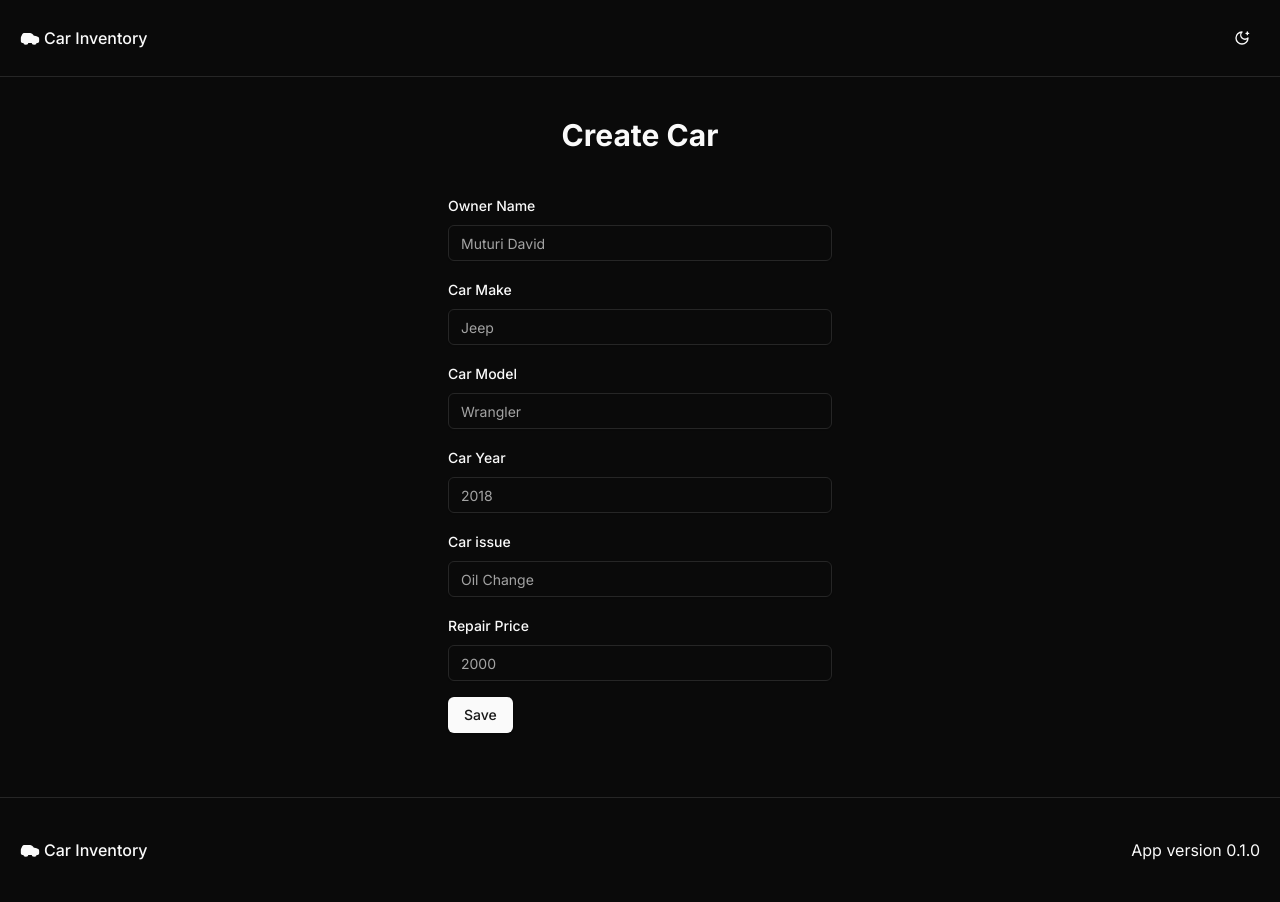
Repository: tushcmd/car-inventory
Page: /create (app in frontend/)
The author's editor kept a copy of each file at every save. The page is drawn from the files as they stood at one save, then again after the next save.
The browser window is 1280 px wide. The pictures show the whole page.
The project was rebuilt for these pictures with package versions that can differ from the ones it lists, and the page was loaded fresh each time. The framework's server and built-in components were replaced by stand-ins that run in the browser. Also part of the build but not shown: frontend/next.config.mjs.

Above is the page before, as saved 2024-05-26 00:12:31.

### frontend/app/layout.tsx
import type { Metadata } from "next";
import { Inter } from "next/font/google";
import "./globals.css";
import AppProviders from "@/components/providers/AppProviders";
import Navbar from '@/components/shared/Navbar';
import Footer from "@/components/shared/Footer";
import { Toaster } from "@/components/ui/toaster";

const inter = Inter({ subsets: ["latin"] });

export const metadata: Metadata = {
  title: "Car Garage Inventory",
  description: "Nextjs Shadcnui Nodejs Express and MongoDB CRUD",
};

export default function RootLayout({
  children,
}: Readonly<{
  children: React.ReactNode;
}>) {
  return (
    <html lang="en" suppressHydrationWarning>
      <body className={inter.className}>
        <AppProviders>
          <Navbar />
          {children}
          <Footer />
          <Toaster />
        </AppProviders>
      </body>
    </html>
  );
}

### frontend/app/create/page.tsx
import CreateCar from "@/components/create-car";


export default function Create() {
    return (
        <div className="create-edit-page-container min-h-screen">
            {/*<h2 className="pb-4">Create</h2>*/}
            <CreateCar />
        </div>
    )
}

### frontend/components/providers/AppProviders.tsx
'use client';

import { ThemeProvider } from 'next-themes';
import { FC, ReactNode } from 'react';

interface AppProvidersProps {
  children: ReactNode;
}


const AppProviders: FC<AppProvidersProps> = ({ children }) => {
  return (
    <>
      <ThemeProvider attribute="class" disableTransitionOnChange defaultTheme="dark" enableSystem>
        {children}

      </ThemeProvider>
    </>
  );
};

export default AppProviders;

### frontend/components/shared/Navbar.tsx
import React, { FC } from 'react';
import ThemeSwitcherButton from '../ui/ThemeSwitcher';
import Logo from './Logo';

const Navbar: FC = () => {
  return (
    <nav className="border-b py-5">
      <div className="layout-container flex justify-between items-center max-w-7xl">
        <Logo />
        <ThemeSwitcherButton />
      </div>
    </nav>
  );
};

export default Navbar;

### frontend/components/shared/Footer.tsx
import React, { FC } from 'react'
import Logo from './Logo'

const Footer: FC = () => {
  return (
    <footer className='border-t'>
        <div className='layout-container flex flex-row gap-5 items-center  justify-between py-10'>
            <Logo />
            <p>App version 0.1.0</p>
        </div>

    </footer>
  )
}

export default Footer

{/*

<div className="inline-flex p-6 max-w-3xl gap-3 items-center text-center">
            <div>
                <Link
                    href="https://github.com/tushcmd/next-puns-ai"
                    target="_blank"
                    rel="noreferrer"
                    className="text-gray-500 hover:text-gray-900 dark:text-gray-400 dark:hover:text-gray-200"
                >
                    <svg xmlns="http://www.w3.org/2000/svg" width="24" height="24" viewBox="0 0 24 24" fill="none" stroke="currentColor" stroke-width="2" stroke-linecap="round" stroke-linejoin="round" className="lucide lucide-github"><path d="M15 22v-4a4.8 4.8 0 0 0-1-3.5c3 0 6-2 6-5.5.08-1.25-.27-2.48-1-3.5.28-1.15.28-2.35 0-3.5 0 0-1 0-3 1.5-2.64-.5-5.36-.5-8 0C6 2 5 2 5 2c-.3 1.15-.3 2.35 0 3.5A5.403 5.403 0 0 0 4 9c0 3.5 3 5.5 6 5.5-.39.49-.68 1.05-.85 1.65-.17.6-.22 1.23-.15 1.85v4" /><path d="M9 18c-4.51 2-5-2-7-2" /></svg>
                </Link>
            </div>
            <Link
                className="pointer-events-none flex place-items-center gap-2 px-8 lg:pointer-events-auto lg:p-0"
                href="https://tushdev.co/"
                target="_blank"
                rel="noopener noreferrer"
            >
                By{" "}
                <p>@tush</p>
            </Link>

        </div>

        */}

### frontend/components/ui/toaster.tsx
"use client"

import {
  Toast,
  ToastClose,
  ToastDescription,
  ToastProvider,
  ToastTitle,
  ToastViewport,
} from "@/components/ui/toast"
import { useToast } from "@/components/ui/use-toast"

export function Toaster() {
  const { toasts } = useToast()

  return (
    <ToastProvider>
      {toasts.map(function ({ id, title, description, action, ...props }) {
        return (
          <Toast key={id} {...props}>
            <div className="grid gap-1">
              {title && <ToastTitle>{title}</ToastTitle>}
              {description && (
                <ToastDescription>{description}</ToastDescription>
              )}
            </div>
            {action}
            <ToastClose />
          </Toast>
        )
      })}
      <ToastViewport />
    </ToastProvider>
  )
}

### frontend/components/ui/ThemeSwitcher.tsx
"use client";

import { useTheme } from "next-themes";
import React, { FC, useEffect, useState } from "react";
import { SunIcon,  Laptop, MoonStarIcon } from "lucide-react";
import {
	DropdownMenu,
	DropdownMenuContent,
	DropdownMenuItem,
	DropdownMenuTrigger,
} from "./dropdown-menu";
import { Button } from "./button";

const themes = [
	{
		value: "light",
		label: "Light",
		icon: SunIcon,
	},
	{
		value: "dark",
		label: "Dark",
		icon: MoonStarIcon,
	},
	{
		value: "system",
		label: "System",
		icon: Laptop,
	},
];

const ThemeSwitcher: FC = () => {
  const [mounted, setMounted] = useState(false)
	const { theme, setTheme } = useTheme();
	const currentTheme = themes.find((t) => t.value === theme);
	const ThemeIcon = currentTheme?.icon

  useEffect(() => {
    setMounted(true)
  }, [])

	return mounted && (
		<div className="flex">
			<DropdownMenu  >
				<DropdownMenuTrigger asChild>
					<Button variant="ghost" size={"icon"}>{!!ThemeIcon && <ThemeIcon className="w-4 h-4"/>}</Button>
				</DropdownMenuTrigger>
				<DropdownMenuContent>
					{themes.map(({value, label}) => <DropdownMenuItem role="button" onClick={() => setTheme(value)} key={value}>{label}</DropdownMenuItem>)}
				</DropdownMenuContent>
			</DropdownMenu>
		</div>
	);
};

export default ThemeSwitcher;

### frontend/components/shared/Logo.tsx

import { Car } from "lucide-react";
import Link from "next/link";
import React, { FC } from "react";

const Logo: FC = () => {
	return (
		<Link href='/' className="flex items-center gap-1 component-focus rounded-md">
			<Car   className="w-5 h-5 fill-current" />
			<h1 className="inline-flex flex-col gap-0 leading-none font-medium">
				<p>Car Inventory</p>
			</h1>
		</Link>
	);
};

export default Logo;

### frontend/components/ui/toast.tsx
"use client"

import * as React from "react"
import { Cross2Icon } from "@radix-ui/react-icons"
import * as ToastPrimitives from "@radix-ui/react-toast"
import { cva, type VariantProps } from "class-variance-authority"

import { cn } from "@/lib/utils"

const ToastProvider = ToastPrimitives.Provider

const ToastViewport = React.forwardRef<
  React.ElementRef<typeof ToastPrimitives.Viewport>,
  React.ComponentPropsWithoutRef<typeof ToastPrimitives.Viewport>
>(({ className, ...props }, ref) => (
  <ToastPrimitives.Viewport
    ref={ref}
    className={cn(
      "fixed top-0 z-[100] flex max-h-screen w-full flex-col-reverse p-4 sm:bottom-0 sm:right-0 sm:top-auto sm:flex-col md:max-w-[420px]",
      className
    )}
    {...props}
  />
))
ToastViewport.displayName = ToastPrimitives.Viewport.displayName

const toastVariants = cva(
  "group pointer-events-auto relative flex w-full items-center justify-between space-x-2 overflow-hidden rounded-md border p-4 pr-6 shadow-lg transition-all data-[swipe=cancel]:translate-x-0 data-[swipe=end]:translate-x-[var(--radix-toast-swipe-end-x)] data-[swipe=move]:translate-x-[var(--radix-toast-swipe-move-x)] data-[swipe=move]:transition-none data-[state=open]:animate-in data-[state=closed]:animate-out data-[swipe=end]:animate-out data-[state=closed]:fade-out-80 data-[state=closed]:slide-out-to-right-full data-[state=open]:slide-in-from-top-full data-[state=open]:sm:slide-in-from-bottom-full",
  {
    variants: {
      variant: {
        default: "border bg-background text-foreground",
        destructive:
          "destructive group border-destructive bg-destructive text-destructive-foreground",
      },
    },
    defaultVariants: {
      variant: "default",
    },
  }
)

const Toast = React.forwardRef<
  React.ElementRef<typeof ToastPrimitives.Root>,
  React.ComponentPropsWithoutRef<typeof ToastPrimitives.Root> &
    VariantProps<typeof toastVariants>
>(({ className, variant, ...props }, ref) => {
  return (
    <ToastPrimitives.Root
      ref={ref}
      className={cn(toastVariants({ variant }), className)}
      {...props}
    />
  )
})
Toast.displayName = ToastPrimitives.Root.displayName

const ToastAction = React.forwardRef<
  React.ElementRef<typeof ToastPrimitives.Action>,
  React.ComponentPropsWithoutRef<typeof ToastPrimitives.Action>
>(({ className, ...props }, ref) => (
  <ToastPrimitives.Action
    ref={ref}
    className={cn(
      "inline-flex h-8 shrink-0 items-center justify-center rounded-md border bg-transparent px-3 text-sm font-medium transition-colors hover:bg-secondary focus:outline-none focus:ring-1 focus:ring-ring disabled:pointer-events-none disabled:opacity-50 group-[.destructive]:border-muted/40 group-[.destructive]:hover:border-destructive/30 group-[.destructive]:hover:bg-destructive group-[.destructive]:hover:text-destructive-foreground group-[.destructive]:focus:ring-destructive",
      className
    )}
    {...props}
  />
))
ToastAction.displayName = ToastPrimitives.Action.displayName

const ToastClose = React.forwardRef<
  React.ElementRef<typeof ToastPrimitives.Close>,
  React.ComponentPropsWithoutRef<typeof ToastPrimitives.Close>
>(({ className, ...props }, ref) => (
  <ToastPrimitives.Close
    ref={ref}
    className={cn(
      "absolute right-1 top-1 rounded-md p-1 text-foreground/50 opacity-0 transition-opacity hover:text-foreground focus:opacity-100 focus:outline-none focus:ring-1 group-hover:opacity-100 group-[.destructive]:text-red-300 group-[.destructive]:hover:text-red-50 group-[.destructive]:focus:ring-red-400 group-[.destructive]:focus:ring-offset-red-600",
      className
    )}
    toast-close=""
    {...props}
  >
    <Cross2Icon className="h-4 w-4" />
  </ToastPrimitives.Close>
))
ToastClose.displayName = ToastPrimitives.Close.displayName

const ToastTitle = React.forwardRef<
  React.ElementRef<typeof ToastPrimitives.Title>,
  React.ComponentPropsWithoutRef<typeof ToastPrimitives.Title>
>(({ className, ...props }, ref) => (
  <ToastPrimitives.Title
    ref={ref}
    className={cn("text-sm font-semibold [&+div]:text-xs", className)}
    {...props}
  />
))
ToastTitle.displayName = ToastPrimitives.Title.displayName

const ToastDescription = React.forwardRef<
  React.ElementRef<typeof ToastPrimitives.Description>,
  React.ComponentPropsWithoutRef<typeof ToastPrimitives.Description>
>(({ className, ...props }, ref) => (
  <ToastPrimitives.Description
    ref={ref}
    className={cn("text-sm opacity-90", className)}
    {...props}
  />
))
ToastDescription.displayName = ToastPrimitives.Description.displayName

type ToastProps = React.ComponentPropsWithoutRef<typeof Toast>

type ToastActionElement = React.ReactElement<typeof ToastAction>

export {
  type ToastProps,
  type ToastActionElement,
  ToastProvider,
  ToastViewport,
  Toast,
  ToastTitle,
  ToastDescription,
  ToastClose,
  ToastAction,
}

### frontend/components/ui/button.tsx
import * as React from "react"
import { Slot } from "@radix-ui/react-slot"
import { cva, type VariantProps } from "class-variance-authority"

import { cn } from "@/lib/utils"

const buttonVariants = cva(
  "inline-flex items-center justify-center whitespace-nowrap rounded-md text-sm font-medium transition-colors focus-visible:outline-none focus-visible:ring-1 focus-visible:ring-ring disabled:pointer-events-none disabled:opacity-50",
  {
    variants: {
      variant: {
        default:
          "bg-primary text-primary-foreground shadow hover:bg-primary/90",
        destructive:
          "bg-destructive text-destructive-foreground shadow-sm hover:bg-destructive/90",
        outline:
          "border border-input bg-background shadow-sm hover:bg-accent hover:text-accent-foreground",
        secondary:
          "bg-secondary text-secondary-foreground shadow-sm hover:bg-secondary/80",
        ghost: "hover:bg-accent hover:text-accent-foreground",
        link: "text-primary underline-offset-4 hover:underline",
      },
      size: {
        default: "h-9 px-4 py-2",
        sm: "h-8 rounded-md px-3 text-xs",
        lg: "h-10 rounded-md px-8",
        icon: "h-9 w-9",
      },
    },
    defaultVariants: {
      variant: "default",
      size: "default",
    },
  }
)

export interface ButtonProps
  extends React.ButtonHTMLAttributes<HTMLButtonElement>,
    VariantProps<typeof buttonVariants> {
  asChild?: boolean
}

const Button = React.forwardRef<HTMLButtonElement, ButtonProps>(
  ({ className, variant, size, asChild = false, ...props }, ref) => {
    const Comp = asChild ? Slot : "button"
    return (
      <Comp
        className={cn(buttonVariants({ variant, size, className }))}
        ref={ref}
        {...props}
      />
    )
  }
)
Button.displayName = "Button"

export { Button, buttonVariants }

### frontend/components/ui/form.tsx
import * as React from "react"
import * as LabelPrimitive from "@radix-ui/react-label"
import { Slot } from "@radix-ui/react-slot"
import {
  Controller,
  ControllerProps,
  FieldPath,
  FieldValues,
  FormProvider,
  useFormContext,
} from "react-hook-form"

import { cn } from "@/lib/utils"
import { Label } from "@/components/ui/label"

const Form = FormProvider

type FormFieldContextValue<
  TFieldValues extends FieldValues = FieldValues,
  TName extends FieldPath<TFieldValues> = FieldPath<TFieldValues>
> = {
  name: TName
}

const FormFieldContext = React.createContext<FormFieldContextValue>(
  {} as FormFieldContextValue
)

const FormField = <
  TFieldValues extends FieldValues = FieldValues,
  TName extends FieldPath<TFieldValues> = FieldPath<TFieldValues>
>({
  ...props
}: ControllerProps<TFieldValues, TName>) => {
  return (
    <FormFieldContext.Provider value={{ name: props.name }}>
      <Controller {...props} />
    </FormFieldContext.Provider>
  )
}

const useFormField = () => {
  const fieldContext = React.useContext(FormFieldContext)
  const itemContext = React.useContext(FormItemContext)
  const { getFieldState, formState } = useFormContext()

  const fieldState = getFieldState(fieldContext.name, formState)

  if (!fieldContext) {
    throw new Error("useFormField should be used within <FormField>")
  }

  const { id } = itemContext

  return {
    id,
    name: fieldContext.name,
    formItemId: `${id}-form-item`,
    formDescriptionId: `${id}-form-item-description`,
    formMessageId: `${id}-form-item-message`,
    ...fieldState,
  }
}

type FormItemContextValue = {
  id: string
}

const FormItemContext = React.createContext<FormItemContextValue>(
  {} as FormItemContextValue
)

const FormItem = React.forwardRef<
  HTMLDivElement,
  React.HTMLAttributes<HTMLDivElement>
>(({ className, ...props }, ref) => {
  const id = React.useId()

  return (
    <FormItemContext.Provider value={{ id }}>
      <div ref={ref} className={cn("space-y-2", className)} {...props} />
    </FormItemContext.Provider>
  )
})
FormItem.displayName = "FormItem"

const FormLabel = React.forwardRef<
  React.ElementRef<typeof LabelPrimitive.Root>,
  React.ComponentPropsWithoutRef<typeof LabelPrimitive.Root>
>(({ className, ...props }, ref) => {
  const { error, formItemId } = useFormField()

  return (
    <Label
      ref={ref}
      className={cn(error && "text-destructive", className)}
      htmlFor={formItemId}
      {...props}
    />
  )
})
FormLabel.displayName = "FormLabel"

const FormControl = React.forwardRef<
  React.ElementRef<typeof Slot>,
  React.ComponentPropsWithoutRef<typeof Slot>
>(({ ...props }, ref) => {
  const { error, formItemId, formDescriptionId, formMessageId } = useFormField()

  return (
    <Slot
      ref={ref}
      id={formItemId}
      aria-describedby={
        !error
          ? `${formDescriptionId}`
          : `${formDescriptionId} ${formMessageId}`
      }
      aria-invalid={!!error}
      {...props}
    />
  )
})
FormControl.displayName = "FormControl"

const FormDescription = React.forwardRef<
  HTMLParagraphElement,
  React.HTMLAttributes<HTMLParagraphElement>
>(({ className, ...props }, ref) => {
  const { formDescriptionId } = useFormField()

  return (
    <p
      ref={ref}
      id={formDescriptionId}
      className={cn("text-[0.8rem] text-muted-foreground", className)}
      {...props}
    />
  )
})
FormDescription.displayName = "FormDescription"

const FormMessage = React.forwardRef<
  HTMLParagraphElement,
  React.HTMLAttributes<HTMLParagraphElement>
>(({ className, children, ...props }, ref) => {
  const { error, formMessageId } = useFormField()
  const body = error ? String(error?.message) : children

  if (!body) {
    return null
  }

  return (
    <p
      ref={ref}
      id={formMessageId}
      className={cn("text-[0.8rem] font-medium text-destructive", className)}
      {...props}
    >
      {body}
    </p>
  )
})
FormMessage.displayName = "FormMessage"

export {
  useFormField,
  Form,
  FormItem,
  FormLabel,
  FormControl,
  FormDescription,
  FormMessage,
  FormField,
}

### frontend/components/ui/input.tsx
import * as React from "react"

import { cn } from "@/lib/utils"

export interface InputProps
  extends React.InputHTMLAttributes<HTMLInputElement> {}

const Input = React.forwardRef<HTMLInputElement, InputProps>(
  ({ className, type, ...props }, ref) => {
    return (
      <input
        type={type}
        className={cn(
          "flex h-9 w-full rounded-md border border-input bg-transparent px-3 py-1 text-sm shadow-sm transition-colors file:border-0 file:bg-transparent file:text-sm file:font-medium placeholder:text-muted-foreground focus-visible:outline-none focus-visible:ring-1 focus-visible:ring-ring disabled:cursor-not-allowed disabled:opacity-50",
          className
        )}
        ref={ref}
        {...props}
      />
    )
  }
)
Input.displayName = "Input"

export { Input }

### frontend/components/ui/label.tsx
"use client"

import * as React from "react"
import * as LabelPrimitive from "@radix-ui/react-label"
import { cva, type VariantProps } from "class-variance-authority"

import { cn } from "@/lib/utils"

const labelVariants = cva(
  "text-sm font-medium leading-none peer-disabled:cursor-not-allowed peer-disabled:opacity-70"
)

const Label = React.forwardRef<
  React.ElementRef<typeof LabelPrimitive.Root>,
  React.ComponentPropsWithoutRef<typeof LabelPrimitive.Root> &
    VariantProps<typeof labelVariants>
>(({ className, ...props }, ref) => (
  <LabelPrimitive.Root
    ref={ref}
    className={cn(labelVariants(), className)}
    {...props}
  />
))
Label.displayName = LabelPrimitive.Root.displayName

export { Label }

Loaded but not shown: frontend/components/ui/use-toast.ts (common file); frontend/lib/utils.ts (common file); frontend/tailwind.config.ts (common file); frontend/components/create-car.tsx (599 lines, source omitted); frontend/components/ui/dropdown-menu.tsx (205 lines, source omitted); frontend/app/globals.css (439 lines, source omitted)

After the next save:
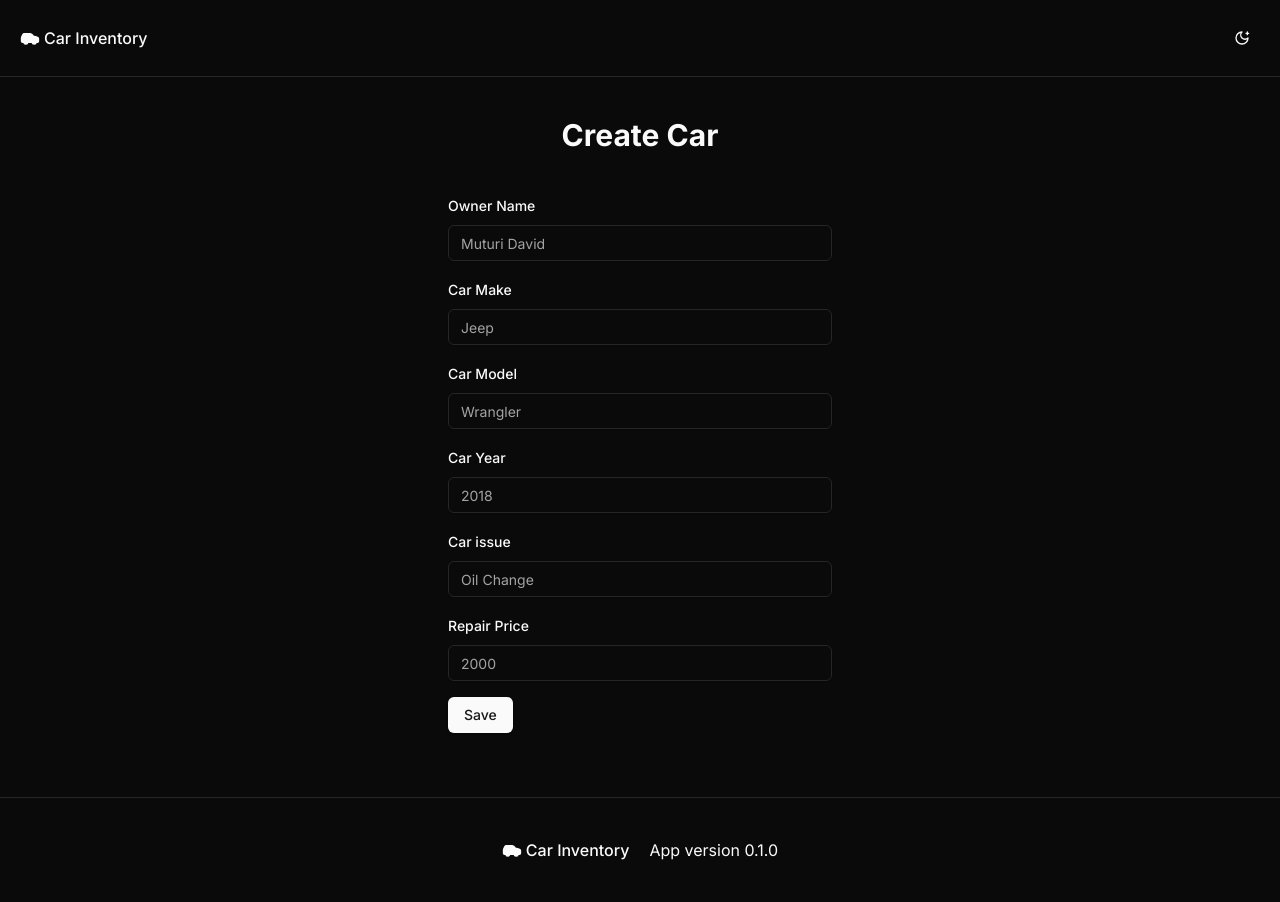
Saved 14 s later.
--- a/frontend/components/shared/Footer.tsx
+++ b/frontend/components/shared/Footer.tsx
@@ -4,7 +4,7 @@ import Logo from './Logo'
 const Footer: FC = () => {
   return (
     <footer className='border-t'>
-        <div className='layout-container flex flex-row gap-5 items-center  justify-between py-10'>
+        <div className='layout-container flex flex-row gap-5 items-center  justify-center py-10'>
             <Logo />
             <p>App version 0.1.0</p>
         </div>
